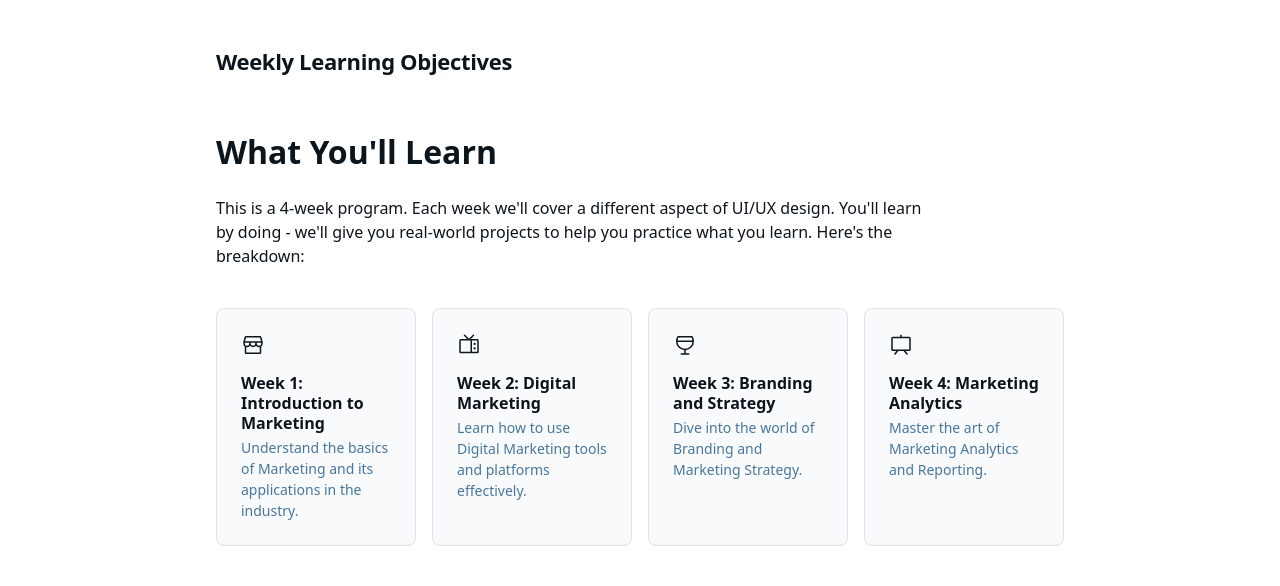
Repository: VickyJulme/fin-page-archesha
Page: /
An editor plug-in stored every save of this project. The page is shown before and after the next save, followed by the edit.
The browser window is 1280 px wide. The pictures show the part of the page from y = 765 to 1351 px (the page is 1351 px tall).
The project was rebuilt for these pictures with package versions that can differ from the ones it lists, and the page was loaded fresh each time. Also part of the build but not shown: vite.config.js, src/App.css, src/Component/HR/Hr.jsx, src/Component/DataScience/DataHome.jsx, src/Component/Marketing/Marketing.css, src/Component/Marketing/Marketing.jsx.

Above is the page before, as saved 2024-08-06 16:54:48.

After the next save:
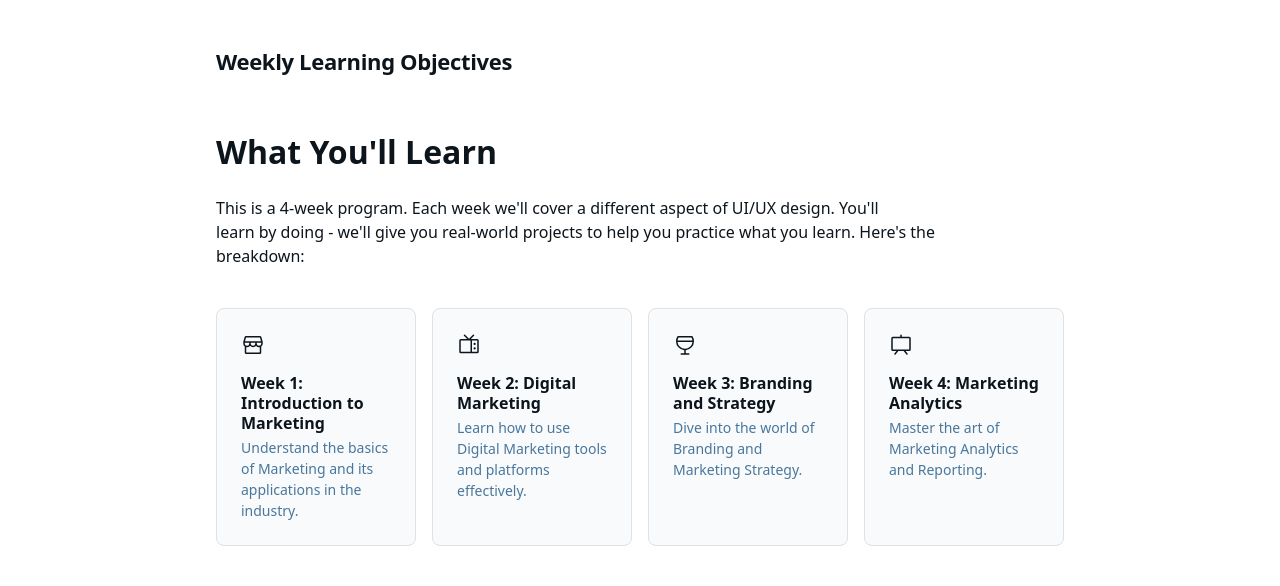
Saved 15 s later.
--- a/src/Component/Design/Ui.jsx
+++ b/src/Component/Design/Ui.jsx
@@ -88,7 +88,7 @@ function Ui() {
                 What You'll Learn
               </h1>
               <p className="text-[#0d151c] text-base font-normal leading-normal max-w-[720px]">
-              This is a 4-week program. Each week we'll cover a different aspect of UI/UX design. You'll learn by doing - we'll give you real-world projects to help you
+              This is a 4-week program. Each week we'll cover a different aspect of UI/UX design. You'll <br/>learn by doing - we'll give you real-world projects to help you
                   practice what you learn. Here's the breakdown:
               </p>
             </div>
